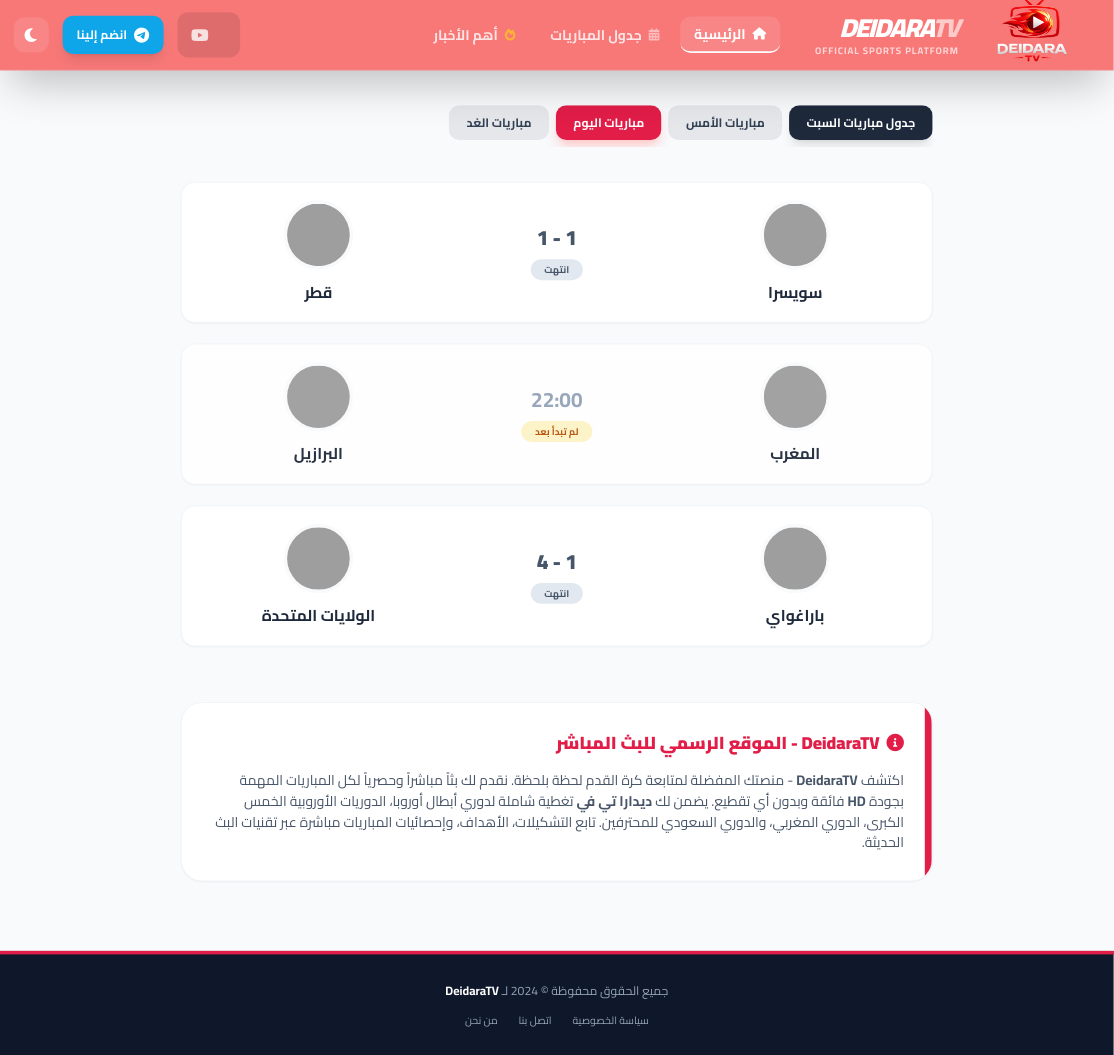
Repository: zakariax05/deidaraTV
Page: index.html
An editor plug-in stored every save of this project. The page is shown before and after the next save, followed by the edit.
The browser window is 1280 px wide. The pictures show the whole page, at 87% of full size.
Pictures or frames that could not be fetched are drawn as grey boxes. Some web libraries are served in a nearby version.

Above is the page before, as saved 2026-06-14 02:26:01.

After the next save:
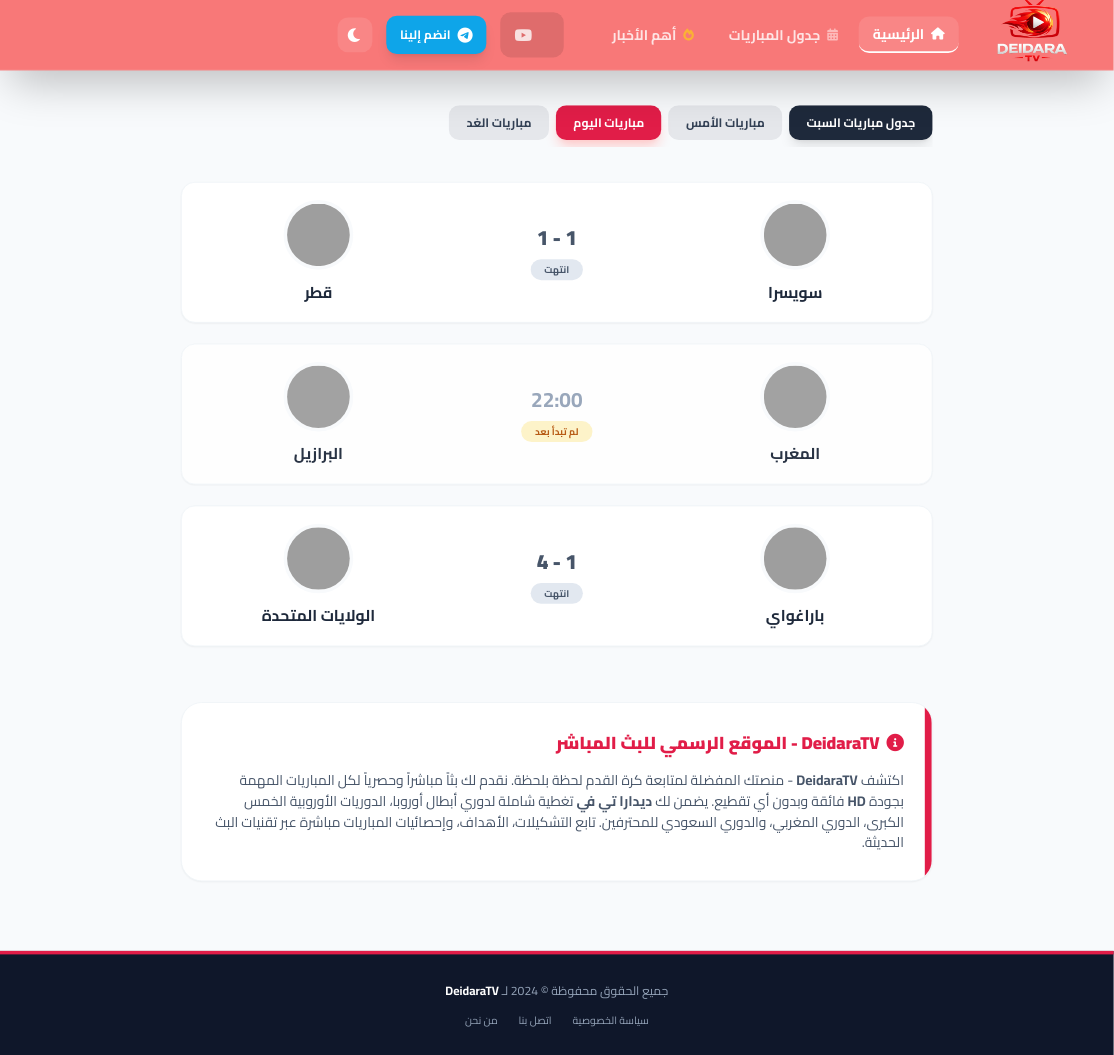
Saved 34 s later.
--- a/index.html
+++ b/index.html
@@ -54,68 +54,64 @@
             class="flex items-center gap-3 cursor-pointer group select-none transition-transform active:scale-95">
             <img src="imgs/logo-deidaratv.png" alt="DeidaraTV Logo Badge"
               class="h-16 md:h-[150px] w-auto object-contain transition-all hover:scale-105">
-            <div class="flex flex-col">
-              <h1 class="text-xl md:text-3xl font-black italic tracking-tighter uppercase leading-none">
-                Deidara<span class="text-red-200">TV</span>
-              </h1>
-              <span class="text-[9px] md:text-[11px] font-bold opacity-70 tracking-widest uppercase">Official
-                Sports Platform</span>
+
+            </h1>
+            <sp </div>
+
+              <!-- الروابط الأساسية (تظهر في الشاشات الكبيرة) -->
+              <nav class="hidden lg:flex items-center gap-2">
+                <a href="#"
+                  class="flex items-center gap-2 px-4 py-2 rounded-xl bg-white/10 hover:bg-white/20 transition-all font-bold border-b-2 border-white">
+                  <i class="fas fa-home text-sm"></i> الرئيسية
+                </a>
+                <a href="#"
+                  class="flex items-center gap-2 px-4 py-2 rounded-xl hover:bg-white/10 transition-all font-bold opacity-80 hover:opacity-100">
+                  <i class="fas fa-calendar-alt text-sm text-red-200"></i> جدول المباريات
+                </a>
+                <a href="#"
+                  class="flex items-center gap-2 px-4 py-2 rounded-xl hover:bg-white/10 transition-all font-bold opacity-80 hover:opacity-100">
+                  <i class="fas fa-fire text-sm text-amber-400"></i> أهم الأخبار
+                </a>
+              </nav>
+          </div>
+
+          <!-- القسم الأيسر: أيقونات التواصل والأدوات -->
+          <div class="flex items-center gap-2 md:gap-4">
+
+            <!-- أيقونات التواصل الاجتماعي بتنسيق أرقى -->
+            <div class="hidden sm:flex items-center bg-black/10 rounded-xl px-2 py-1 gap-1">
+              <a href="#" class="p-2 hover:bg-white/10 rounded-lg transition-colors text-white/80 hover:text-white"
+                title="Twitter">
+                <i class="fab fa-x-twitter text-lg"></i>
+              </a>
+              <a href="#" class="p-2 hover:bg-white/10 rounded-lg transition-colors text-white/80 hover:text-white"
+                title="YouTube">
+                <i class="fab fa-youtube text-lg"></i>
+              </a>
             </div>
+
+            <!-- زر تليجرام (مميز بلونه الخاص) -->
+            <a href="#"
+              class="bg-sky-500 hover:bg-sky-400 text-white p-2 md:px-4 md:py-2 rounded-xl transition-all shadow-lg flex items-center gap-2 font-bold text-sm">
+              <i class="fab fa-telegram-plane text-lg"></i>
+              <span class="hidden md:inline">انضم إلينا</span>
+            </a>
+
+            <!-- زر الوضع الليلي -->
+            <button
+              class="w-10 h-10 flex items-center justify-center rounded-xl bg-white/10 hover:bg-white/20 transition-colors">
+              <i class="fas fa-moon text-lg"></i>
+            </button>
+
+            <!-- زر الموبايل -->
+            <button
+              class="lg:hidden w-10 h-10 flex items-center justify-center rounded-xl bg-white/10 hover:bg-white/20">
+              <i class="fas fa-bars text-xl"></i>
+            </button>
           </div>
 
-          <!-- الروابط الأساسية (تظهر في الشاشات الكبيرة) -->
-          <nav class="hidden lg:flex items-center gap-2">
-            <a href="#"
-              class="flex items-center gap-2 px-4 py-2 rounded-xl bg-white/10 hover:bg-white/20 transition-all font-bold border-b-2 border-white">
-              <i class="fas fa-home text-sm"></i> الرئيسية
-            </a>
-            <a href="#"
-              class="flex items-center gap-2 px-4 py-2 rounded-xl hover:bg-white/10 transition-all font-bold opacity-80 hover:opacity-100">
-              <i class="fas fa-calendar-alt text-sm text-red-200"></i> جدول المباريات
-            </a>
-            <a href="#"
-              class="flex items-center gap-2 px-4 py-2 rounded-xl hover:bg-white/10 transition-all font-bold opacity-80 hover:opacity-100">
-              <i class="fas fa-fire text-sm text-amber-400"></i> أهم الأخبار
-            </a>
-          </nav>
-        </div>
-
-        <!-- القسم الأيسر: أيقونات التواصل والأدوات -->
-        <div class="flex items-center gap-2 md:gap-4">
-
-          <!-- أيقونات التواصل الاجتماعي بتنسيق أرقى -->
-          <div class="hidden sm:flex items-center bg-black/10 rounded-xl px-2 py-1 gap-1">
-            <a href="#" class="p-2 hover:bg-white/10 rounded-lg transition-colors text-white/80 hover:text-white"
-              title="Twitter">
-              <i class="fab fa-x-twitter text-lg"></i>
-            </a>
-            <a href="#" class="p-2 hover:bg-white/10 rounded-lg transition-colors text-white/80 hover:text-white"
-              title="YouTube">
-              <i class="fab fa-youtube text-lg"></i>
-            </a>
-          </div>
-
-          <!-- زر تليجرام (مميز بلونه الخاص) -->
-          <a href="#"
-            class="bg-sky-500 hover:bg-sky-400 text-white p-2 md:px-4 md:py-2 rounded-xl transition-all shadow-lg flex items-center gap-2 font-bold text-sm">
-            <i class="fab fa-telegram-plane text-lg"></i>
-            <span class="hidden md:inline">انضم إلينا</span>
-          </a>
-
-          <!-- زر الوضع الليلي -->
-          <button
-            class="w-10 h-10 flex items-center justify-center rounded-xl bg-white/10 hover:bg-white/20 transition-colors">
-            <i class="fas fa-moon text-lg"></i>
-          </button>
-
-          <!-- زر الموبايل -->
-          <button class="lg:hidden w-10 h-10 flex items-center justify-center rounded-xl bg-white/10 hover:bg-white/20">
-            <i class="fas fa-bars text-xl"></i>
-          </button>
-        </div>
-
-      </div>
-    </div>
+        </div>
+      </div>
   </header>
 
   <!-- Content / المحتوى الرئيسي -->
